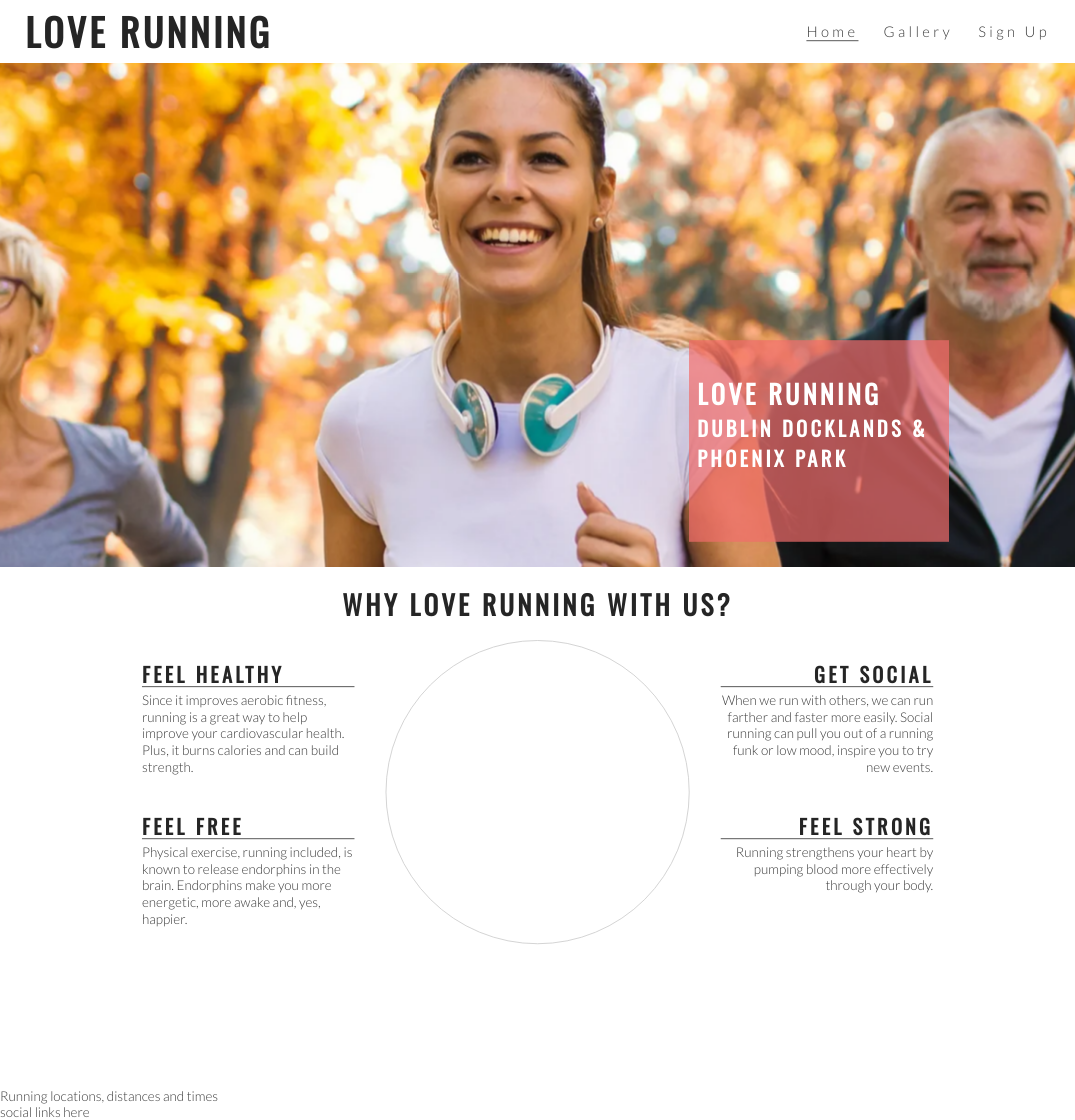
Repository: dcsndevs/love-running
Page: index.html
An editor plug-in stored every save of this project. The page is shown before and after the next save, followed by the edit.
The browser window is 1280 px wide. The pictures show the whole page, at 84% of full size.

Above is the page before, as saved 2023-06-21 10:05:20.

After the next save:
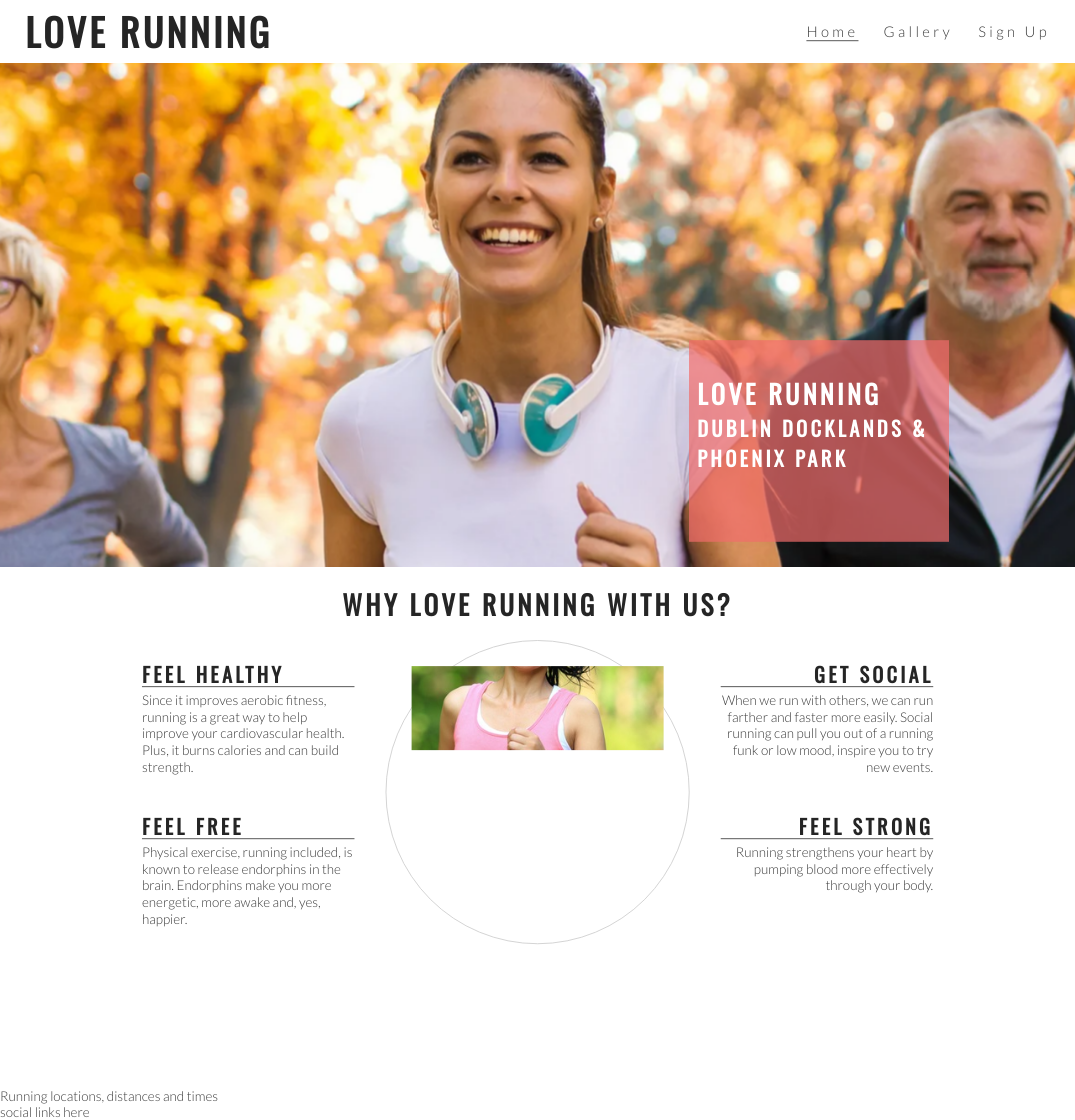
Saved 70 s later.
--- a/assets/css/style.css
+++ b/assets/css/style.css
@@ -186,5 +186,6 @@ hr {
 }
 
 #circle-cover-bg {
-    background: url('../images/ethos-center-image.jpg');
+    background: url('../images/ethos-center-image.jpg') no-repeat center center;
+    height: 100px;
 }
